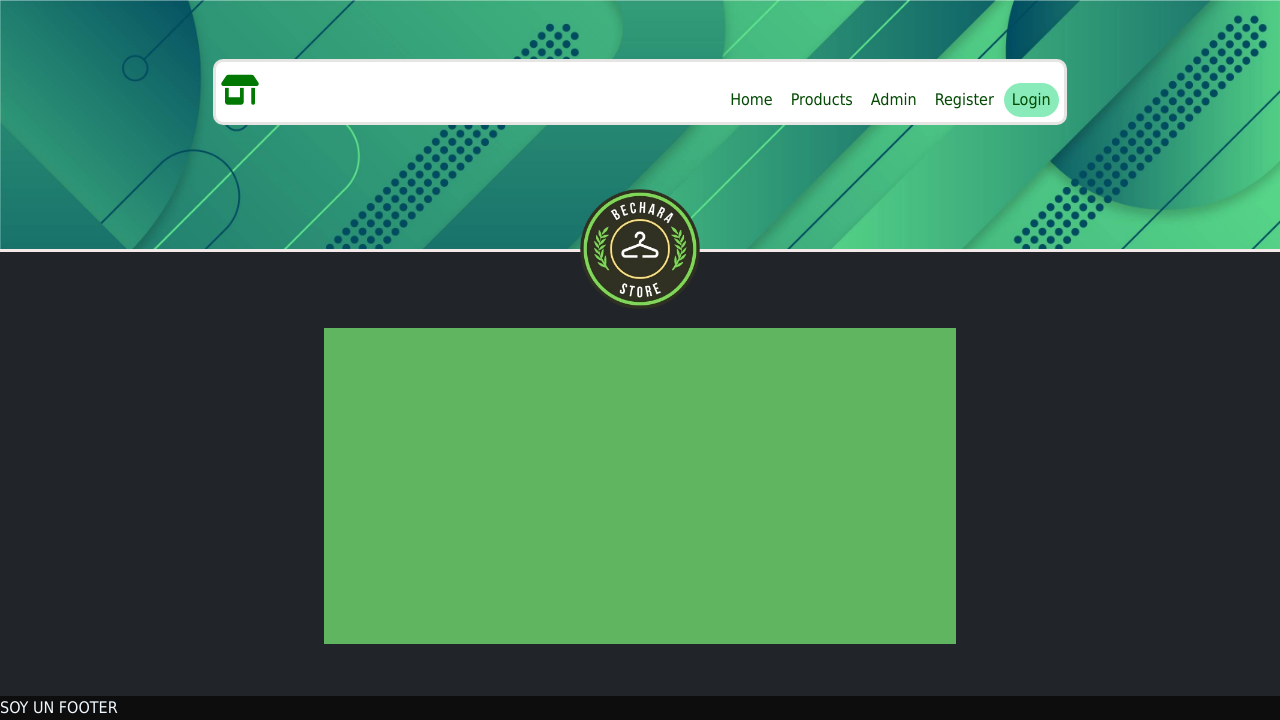
Repository: bechara611/becharastore
Page: /auth
The author's editor kept a copy of each file at every save. The page is drawn from the files as they stood at one save, then again after the next save.
The browser window is 1280 px wide. The pictures show the whole page.
The project was rebuilt for these pictures with package versions that can differ from the ones it lists, and the page was loaded fresh each time. Also part of the build but not shown: src/Auth/components/Register.jsx.

Above is the page before, as saved 2023-01-27 15:29:17.

After the next save:
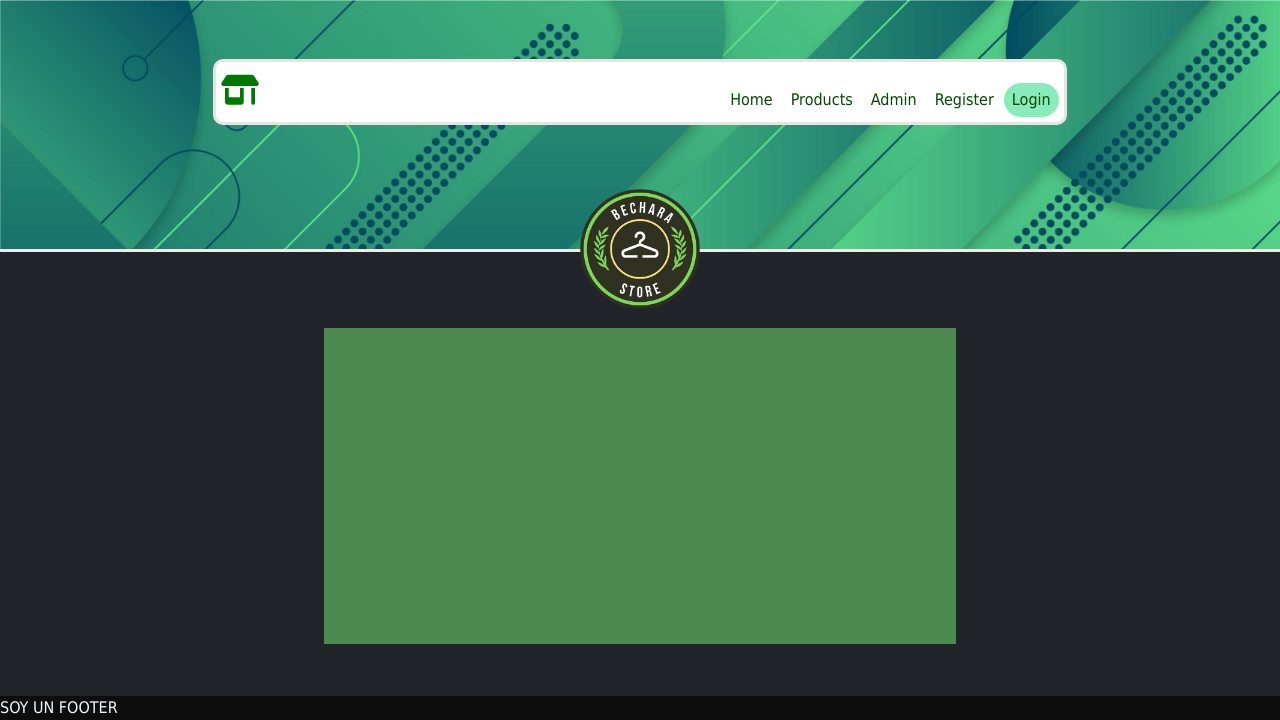
Saved 4 s later.
--- a/src/Auth/components/Login.css
+++ b/src/Auth/components/Login.css
@@ -11,7 +11,7 @@
 }
 
 .contenedor-form {
-    background: rgb(96, 181, 96);
+    background: rgb(96, 181, 96,.7);
 
     height: 70%;
 }
